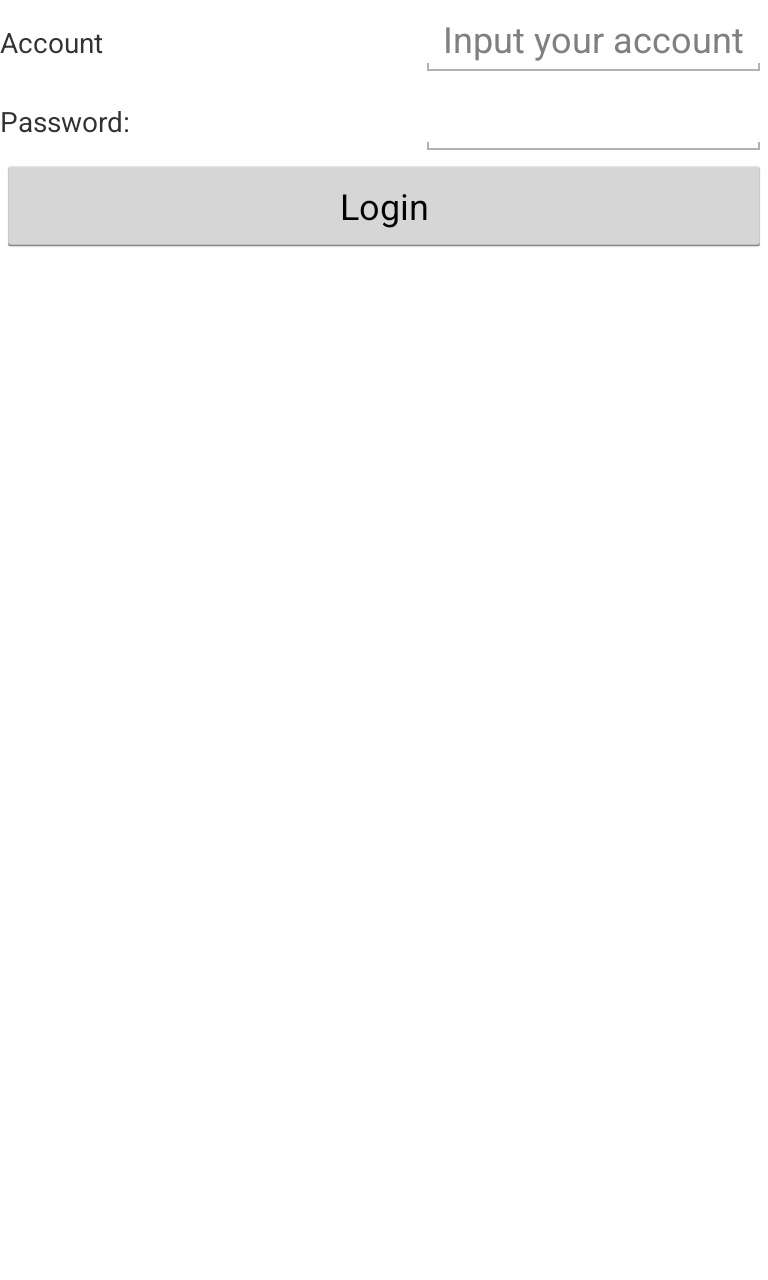
Repository: Wang-Xuan/Hello-World
Layout: UILayoutTest/res/layout/activity_main.xml
These files come from the project's save history. The layout is drawn as it stood at one moment and after the next save; the edit follows.
It is drawn on a 768 x 1280 px phone screen (xhdpi) without system bars, with theme AppTheme; the app's code is not run.

Above is the layout before, as saved 2014-12-07 07:38:58.

After the next save:
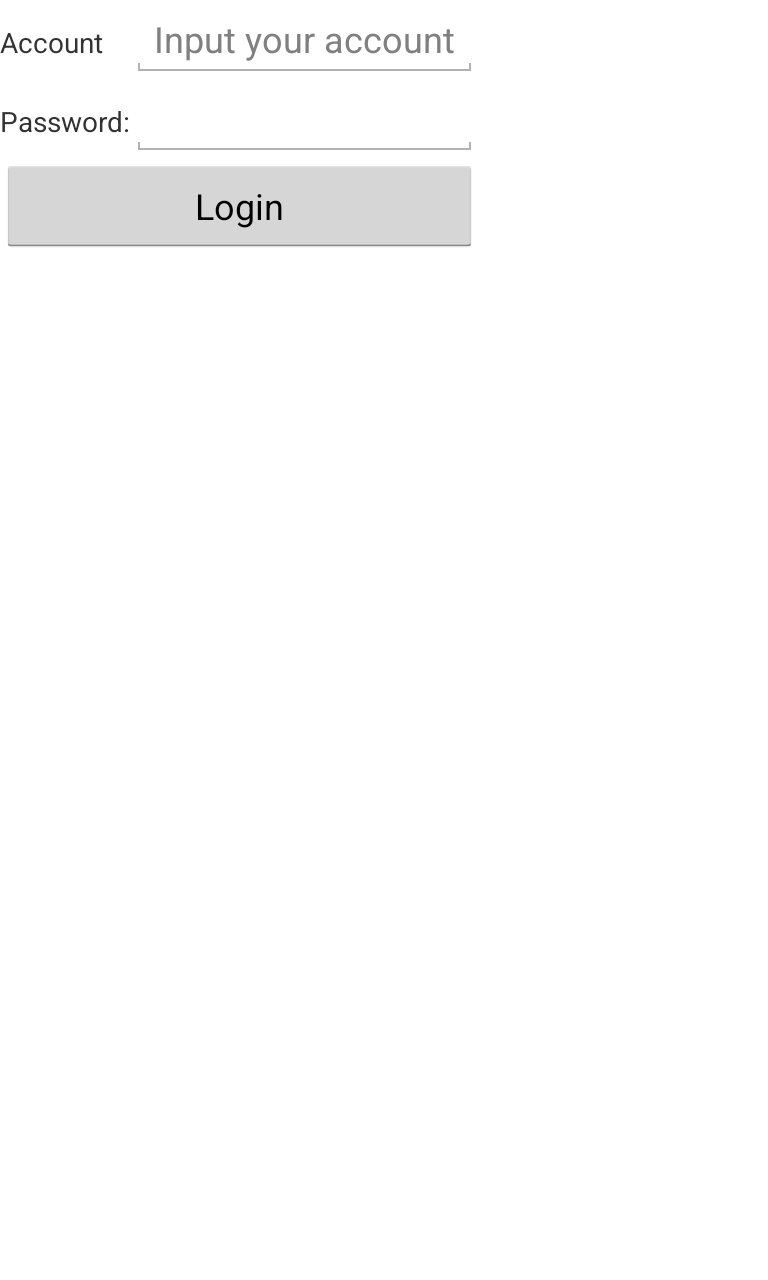
Saved 24 s later.
--- a/UILayoutTest/res/layout/activity_main.xml
+++ b/UILayoutTest/res/layout/activity_main.xml
@@ -1,7 +1,7 @@
 <TableLayout xmlns:android="http://schemas.android.com/apk/res/android"
     android:layout_width="match_parent"
     android:layout_height="match_parent"
-    android:stretchColumns="0" >
+    android:stretchColumns="2" >
 
 	<TableRow>
 
